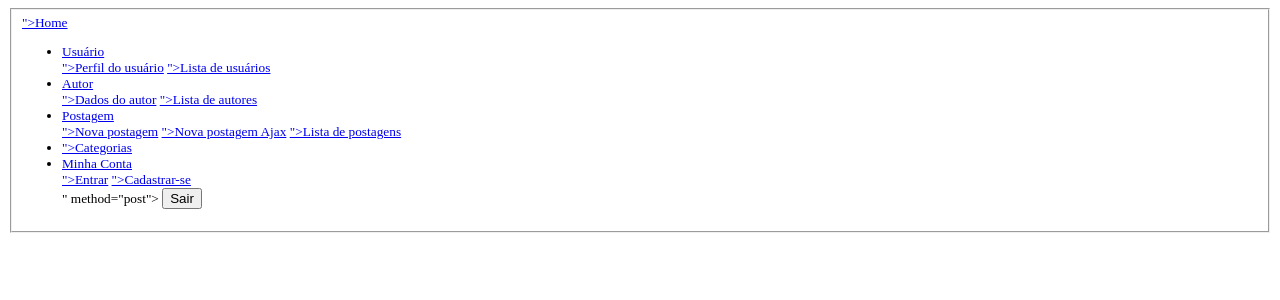
Repository: f4br1c10/Curso-Spring-Devmedia
Page: http://localhost/blog/WEB-INF/views/menu.jsp
These files come from the project's save history. The page is drawn as it stood at one moment and after the next save; the edit follows.
The browser window is 1280 px wide. The pictures show the whole page.
The page is served by Tomcat 9. Nobody is signed in. Other server files are loaded and not shown. The template is opened directly, without the code that normally fills it, so the values that code supplies are empty.

Above is the page before, as saved 2019-07-10 13:50:37.

### blog/src/main/webapp/WEB-INF/views/menu.jsp
<%@ page language="java" contentType="text/html; charset=UTF-8" pageEncoding="UTF-8"%>
<fieldset style="font-size: 10pt">
	<nav class="navbar navbar-expand-lg navbar-dark bg-dark">
		<a class="navbar-brand" href="<c:url value = "/"/> ">Home</a>
		<div class="collapse navbar-collapse" id="navbarNavDropdown">
			<ul class="navbar-nav">
			<security:authorize access="hasAnyAuthority('ADMIN','AUTOR','LEITOR')">
				<li class="nav-item dropdown">
					<a class="nav-link dropdown-toggle" href="#" id="navbarDropdownMenuLink" role="button" data-toggle="dropdown"aria-haspopup="true" aria-expanded="false">
						Usuário
					</a>
					<div class="dropdown-menu" aria-labelledby="navbarDropdownMenuLink" style="font-size: 10pt">

		          			<a class="dropdown-item" href="<c:url value = "/usuario/perfil/${logado.id}"/>">Perfil do usuário</a>

						<security:authorize access="hasAuthority('ADMIN')">
		          			<a class="dropdown-item" href="<c:url value = "/usuario/list"/>">Lista de usuários</a>
		          		</security:authorize>
					</div>
				</li>
			</security:authorize>
			<security:authorize access="hasAnyAuthority('ADMIN','AUTOR')">
				<li class="nav-item dropdown">
					<a class="nav-link dropdown-toggle" href="#" id="navbarDropdownMenuLink" role="button" data-toggle="dropdown"aria-haspopup="true" aria-expanded="false">
						Autor
					</a>
					<div class="dropdown-menu" aria-labelledby="navbarDropdownMenuLink" style="font-size: 10pt">
					<security:authorize access="hasAuthority('AUTOR')">
						<a class="dropdown-item" href="<c:url value = "/autor/add"/>">Dados do autor</a>
					</security:authorize>
					<security:authorize access="hasAuthority('ADMIN')">
		          		<a class="dropdown-item" href="<c:url value = "/autor/list"/>">Lista de autores</a>
		          	</security:authorize>
					</div>
				</li>
			</security:authorize>
			<security:authorize access="hasAnyAuthority('ADMIN', 'AUTOR')">
				<li class="nav-item dropdown">
					<a class="nav-link dropdown-toggle" href="#" id="navbarDropdownMenuLink" role="button" data-toggle="dropdown"aria-haspopup="true" aria-expanded="false">
						Postagem
					</a>
					<div class="dropdown-menu" aria-labelledby="navbarDropdownMenuLink" style="font-size: 10pt">
					<security:authorize access="hasAuthority('AUTOR')">
						<a class="dropdown-item" href="<c:url value = "/postagem/add"/>">Nova postagem</a>
						<a class="dropdown-item" href="<c:url value = "/postagem/ajax/add"/>">Nova postagem Ajax</a>
					</security:authorize>
					<security:authorize access="hasAuthority('ADMIN')">
		          		<a class="dropdown-item" href="<c:url value = "/postagem/list"/>">Lista de postagens</a>
		          	</security:authorize>
					</div>
				</li>
			</security:authorize>
				<security:authorize access="hasAnyAuthority('ADMIN','AUTOR')">
					<li class="nav-item">
				    	<a class="nav-link" href="<c:url value = "/categoria/add"/>">Categorias</a>
				    </li>
			    </security:authorize>
			    <li class="nav-item dropdown">
					<a class="nav-link dropdown-toggle" href="#" id="navbarDropdownMenuLink" role="button" data-toggle="dropdown"aria-haspopup="true" aria-expanded="false">
						Minha Conta
					</a>
					<div class="dropdown-menu" aria-labelledby="navbarDropdownMenuLink" style="font-size: 10pt">
			    	<c:if test="${logado == null}">
						<a class="dropdown-item" href="<c:url value = "/auth/form"/>">Entrar</a>
						<a class="dropdown-item" href="<c:url value = "/usuario/add"/>">Cadastrar-se</a>
					</c:if>
						<security:authorize access="hasAnyAuthority('ADMIN','AUTOR','LEITOR')">
							<form action="<c:url value="/logout"/>" method="post">
							    <security:csrfInput/>
								<button type="submit" class="btn btn-danger btn-block" style="font-size: 10pt">Sair</button>
							</form>
						</security:authorize>
					</div>
				</li>
			</ul>
		</div>
	</nav>

</fieldset>

After the next save:
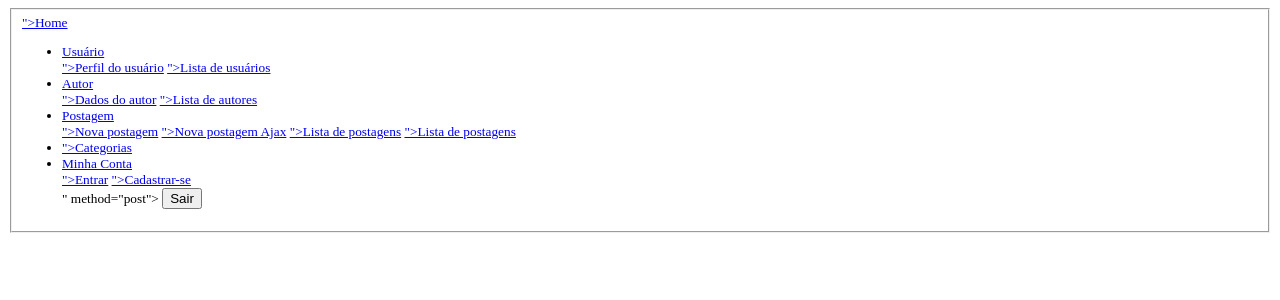
Saved 5 min 48 s later.
--- a/blog/src/main/webapp/WEB-INF/views/menu.jsp
+++ b/blog/src/main/webapp/WEB-INF/views/menu.jsp
@@ -43,6 +43,7 @@
 					<security:authorize access="hasAuthority('AUTOR')">
 						<a class="dropdown-item" href="<c:url value = "/postagem/add"/>">Nova postagem</a>
 						<a class="dropdown-item" href="<c:url value = "/postagem/ajax/add"/>">Nova postagem Ajax</a>
+						<a class="dropdown-item" href="<c:url value = "/postagem/list"/>">Lista de postagens</a>
 					</security:authorize>
 					<security:authorize access="hasAuthority('ADMIN')">
 		          		<a class="dropdown-item" href="<c:url value = "/postagem/list"/>">Lista de postagens</a>
